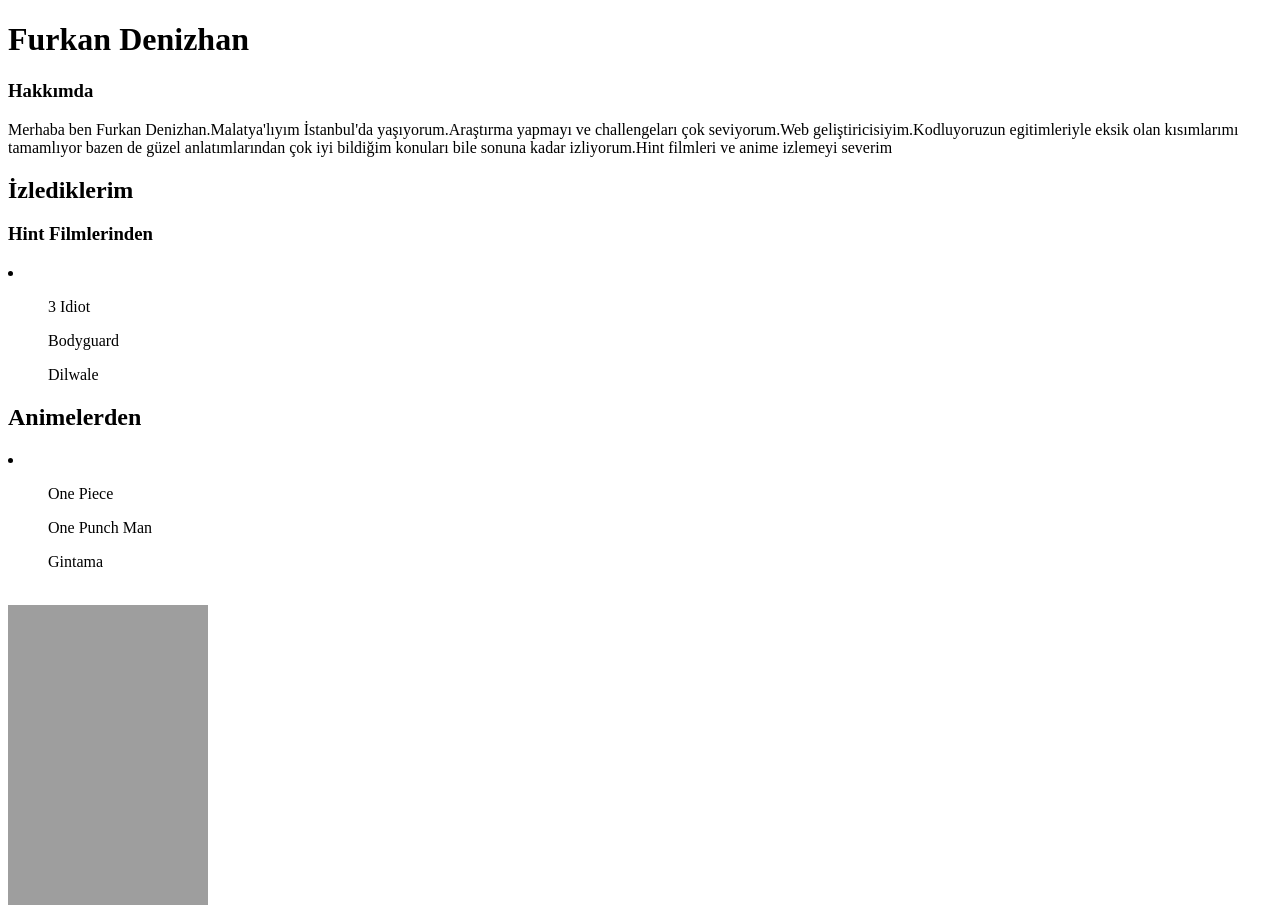
Repository: nevisende/homeworks
Page: 1-Html/index.html
The author's editor kept a copy of each file at every save. The page is drawn from the files as they stood at one save, then again after the next save.
The browser window is 1280 px wide. The pictures show the whole page.
Pictures or frames that could not be fetched are drawn as grey boxes.

Above is the page before, as saved 2021-08-08 12:37:08.

After the next save:
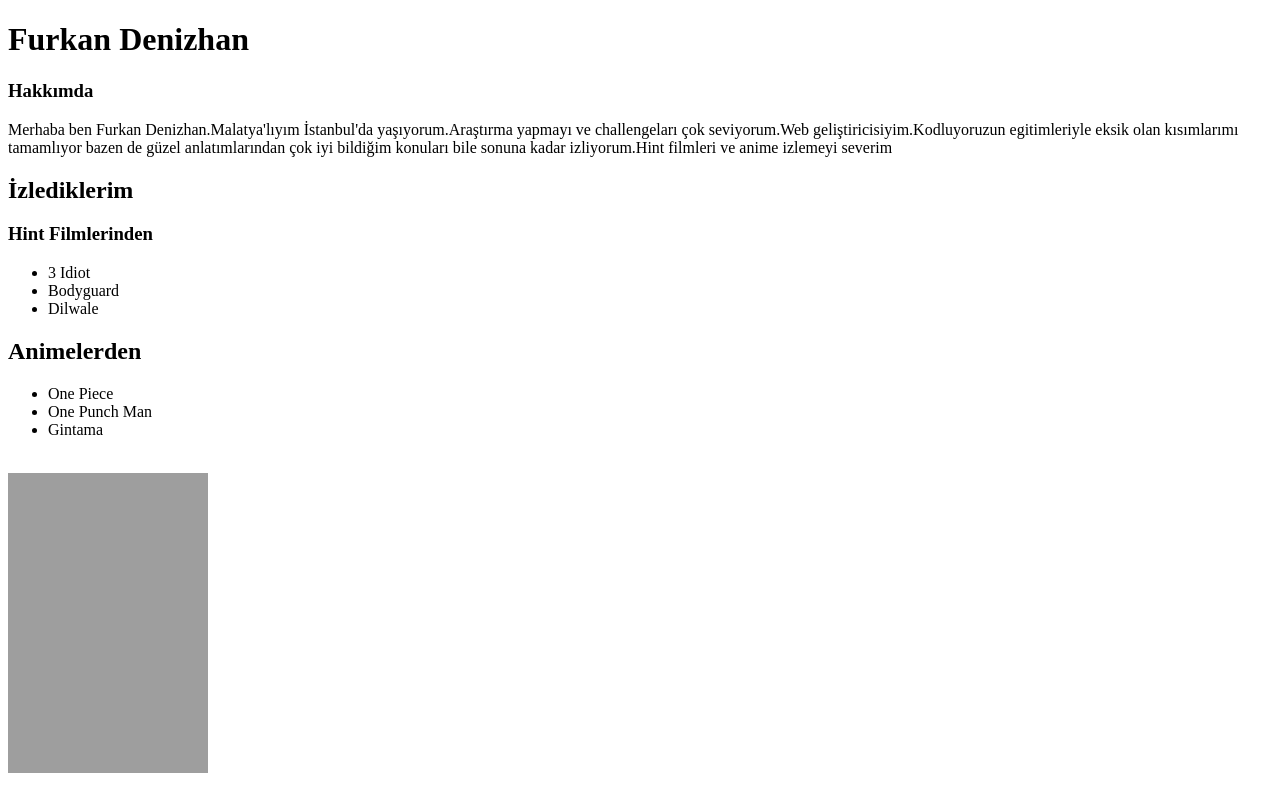
Saved 99 s later.
--- a/1-Html/index.html
+++ b/1-Html/index.html
@@ -13,17 +13,18 @@
 
     <h2>İzlediklerim</h2>
     <h3>Hint Filmlerinden</h3>
-    <li>
-        <ul>3 Idiot</ul>
-        <ul>Bodyguard</ul>
-        <ul>Dilwale</ul>
-    </li>
+    <ul>
+        <li>3 Idiot</li>
+        <li>Bodyguard</li>
+        <li>Dilwale</li>
+    </ul>
     <h2>Animelerden</h2>
-    <li>
-        <ul>One Piece</ul>
-        <ul>One Punch Man</ul>
-        <ul>Gintama</ul>
-    </li>
+
+    <ul>
+        <li>One Piece</li>
+        <li>One Punch Man</li>
+        <li>Gintama</li>
+    </ul>
     <br>
 
 <img
